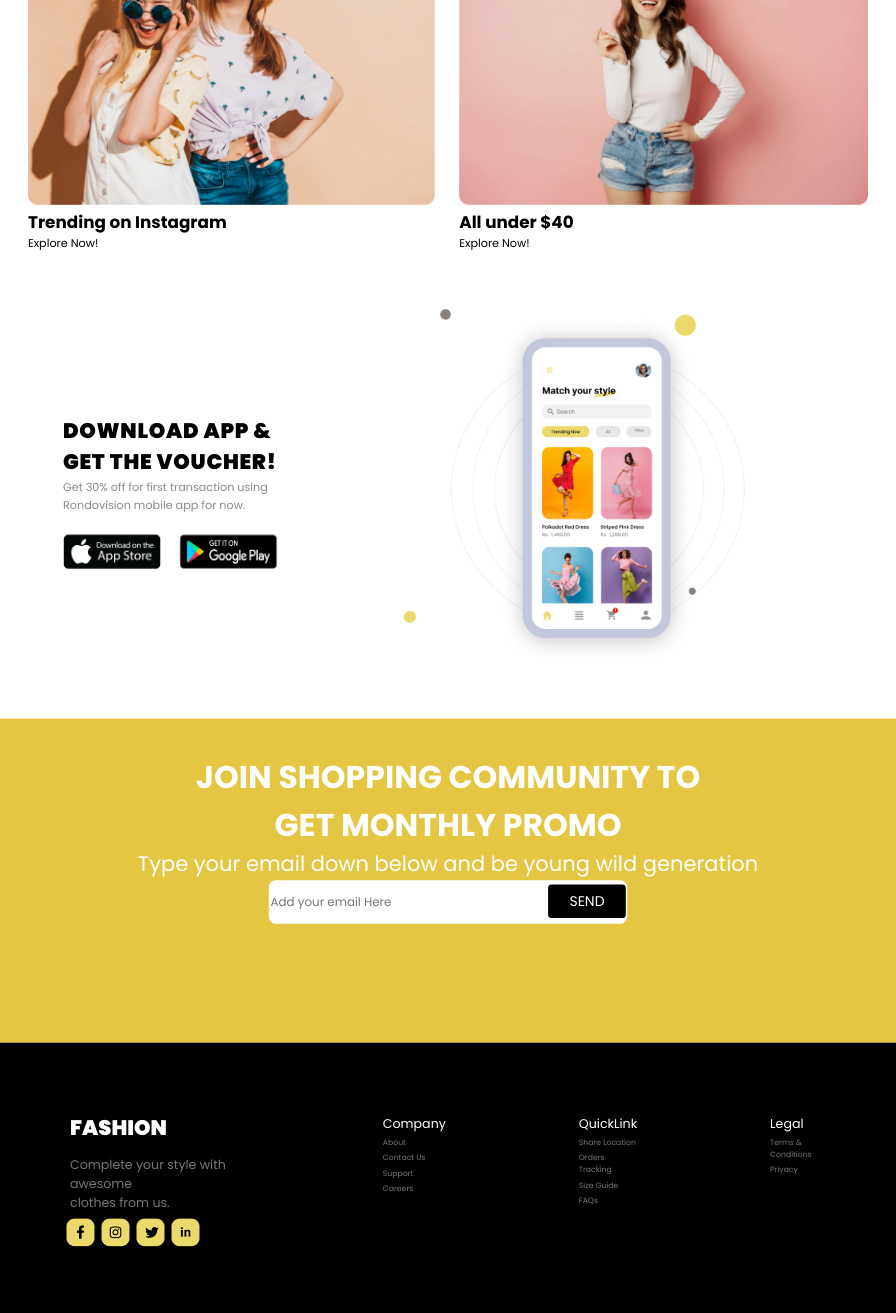
Repository: isaacCodes1/FashionWebsite
Page: index.html
An editor plug-in stored every save of this project. The page is shown before and after a run of saves, followed by the edit.
The browser window is 1280 px wide. The pictures show the part of the page from y = 2542 to 4462 px (the page is 4417 px tall before and 4462 px after), at 70% of full size.

Above is the page before, as saved 2024-03-14 11:21:29.

### index.html
<!DOCTYPE html>
<html lang="en">
  <head>
    <meta charset="UTF-8" />
    <meta name="viewport" content="width=device-width, initial-scale=1.0" />
    <title>Shopping Site Assignment</title>
    <link rel="stylesheet" href="style.css" />
  </head>
  <body>
    <header>
      <nav>
        <!--------- NavItems ------->
        <div class="image">
          <a href="#"><img src="/Assets/Vector (3).png" />FASHION</a>
        </div>
        <div class="navItems">
          <ul>
            <li><a href="#">CATALOGUE</a></li>
            <li><a href="#">FASHION</a></li>
            <li><a href="#">FAVORITE</a></li>
            <li><a href="#">LIFESTYLE</a></li>
          </ul>
          <button>SIGN UP</button>
        </div>
      </nav>
    </header>
    <main>
      <!------- FirstPage ------>
      <section class="firstPageCont">
        <div class="FirstPage">
          <div class="txtCont">
            <h1>
              <span class="spn1">LET'S <br /></span>EXPLORE <br />
              <span class="spn2">UNIQUE <br /></span>CLOTHES.
            </h1>
            <p>Live for Influential and Innovative fashion!</p>
            <div class="txtBtn">
              <img src="/Assets/Vector 9.png" alt="" />
              <button class="btns">Shop Now</button>
            </div>
          </div>
          <div class="imgCont">
            <div class="star1"><img src="/Assets/Star 11.png" alt="" /></div>
            <div class="star2"><img src="/Assets/Star 11.png" alt="" /></div>
            <div class="star3"><img src="/Assets/Star 11.png" alt="" /></div>
            <div class="star4"><img src="/Assets/Star 11.png" alt="" /></div>
            <img src="/Assets/girl.png" alt="" />
          </div>
        </div>
      </section>
      <!------ Logos ------->
      <section class="firstPageFooter">
        <div class="logoCont">
          <img src="/Assets/HM.png" alt="" />
          <img src="/Assets/Obey.png" alt="" />
          <img src="/Assets/Shopify.png" alt="" />
          <img src="/Assets/Lacoste.png" alt="" />
          <img src="/Assets/Levis.png" alt="" />
          <img src="/Assets/Amazon.png" alt="" />
        </div>
      </section>
      <section class="nextPageCont">
        <div class="nextPageText">
          <h1>NEW ARRIVALS</h1>
          <img src="/Assets/Vector 9.png" alt="" />
        </div>
        <div class="prettyImages">
          <div class="Images">
            <div class="prettyImg">
              <img src="/Assets/image1.png" alt="" />
            </div>
            <div class="prettyText">
              <div class="txtIcon">
                <h1>Hoodies & Sweatshirt</h1>
                <p>Explore Now!</p>
              </div>
              <div class="icons"></div>
            </div>
          </div>
          <div class="Images">
            <div class="prettyImg">
              <img src="/Assets/image2.png" alt="" />
            </div>
            <div class="prettyText">
              <div class="txtIcon">
                <h1>Coats & Parkas</h1>
                <p>Explore Now!</p>
              </div>
              <div class="icons"></div>
            </div>
          </div>
          <div class="Images">
            <div class="prettyImg">
              <img src="/Assets/image3.png" alt="" />
            </div>
            <div class="prettyText">
              <div class="txtIcon">
                <h1>Tees & T-Shirt</h1>
                <p>Explore Now!</p>
              </div>
              <div class="icons"></div>
            </div>
          </div>
        </div>
      </section>
      <section class="payDay">
        <div class="genDiv">
          <div class="yellowImg">
            <img src="/Assets/image 12.png" alt="" />
          </div>
          <div class="yellowTxt">
            <h1><span class="spn3">PAYDAY</span>SALE NOW</h1>
            <p>
              Spend minimal $100 get 30% off <br />voucher code for your next
              purchase
            </p>
            <p><strong>1 June -10 June 2021</strong></p>
            <p class="para">*Terms &Conditions apply</p>
            <button class="btn">SHOP NOW</button>
          </div>
        </div>
      </section>
      <!--------   Images   ------->
      <section class="nextPageCont">
        <div class="nextPageText">
          <h1>Young's Favorite.</h1>
          <img class="vector" src="/Assets/Vector 9.png" alt="" />
        </div>
        <div class="prettyImages">
          <div class="Images">
            <div class="prettyImg">
              <img src="/Assets/Girls.png" alt="" />
            </div>
            <div class="prettyText">
              <div class="txtIcon">
                <h1>Trending on Instagram</h1>
                <p>Explore Now!</p>
              </div>
              <div class="icons"></div>
            </div>
          </div>

          <div class="Images">
            <div class="prettyImg">
              <img src="/Assets/Rectangle 49.png" alt="" />
            </div>
            <div class="prettyText">
              <div class="txtIcon">
                <h1>All under $40</h1>
                <p>Explore Now!</p>
              </div>
              <div class="icons"></div>
            </div>
          </div>
        </div>
      </section>
      <!---- Apps----->
      <section class="nextPageCont2">
        <div class="nextPageText2">
          <h1>DOWNLOAD APP & <br />GET THE VOUCHER!</h1>
          <p>
            Get 30% off for first transaction using <br />Rondovision mobile app
            for now.
          </p>
          <div class="store">
            <a href="https://www.apple.com/store"
              ><img src="/Assets/Apple Store.png" alt=""
            /></a>
            <a href="https://play.google.com/store/games?hl=en&gl=US&pli=1"
              ><img src="/Assets/Google Play.png" alt=""
            /></a>
          </div>
        </div>
        <div class="Images2">
          <div class="prettyImg2">
            <img src="/Assets/Mobile app.png" alt="" />
            <div class="circle1"><img src="/Assets/circle.png" alt="" /></div>
            <div class="circley"><img src="/Assets/circle y.png" alt="" /></div>
            <div class="circleye">
              <img src="/Assets/circle y.png" alt="" />
            </div>
            <div class="circle2"><img src="/Assets/circle.png" alt="" /></div>
            <div class="bigC"><img src="/Assets/back1.png" alt="" /></div>
            <div class="largeC">
              <img src="/Assets/lagrescircle.png" alt="" />
            </div>
            <div class="largeC1">
              <img src="/Assets/lagrescircle.png" alt="" />
            </div>
          </div>
        </div>
        <div class="icons"></div>
      </section>
      <!------ Footer ------>
      <section class="footer">
        <div class="footerDiv">
          <div class="h1footer">
            <h1>
              JOIN SHOPPING COMMUNITY TO <br />
              GET MONTHLY PROMO
            </h1>
          </div>
          <div class="pFooter">
            <p>Type your email down below and be young wild generation</p>
            <div class="input">
              <input
                class="input"
                type="text"
                placeholder="Add your email Here"
              />
              <a href="damizickola@gmail.com">SEND</a>
            </div>
          </div>
        </div>
      </section>
      <section class="foot">
        <div class="footDiv">
          <div class="footTxt">
            <h1>FASHION</h1>
            <p>
              Complete your style with awesome <br />
              clothes from us.
            </p>
            <div class="socialIcons">
              <div class="icon">
               <a href=""> <img src="/Assets/Facebook.png" alt="" /></a>
              </div>
              <div class="icon">
                <img src="/Assets/Instagram.png" alt="" />
              </div>
              <div class="icon">
                <img src="/Assets/Twitter.png" alt="" />
              </div>
              <div class="icon">
                <img src="/Assets/Linkedn.png" alt="" />
              </div>
            </div>
          </div>

          <div class="socialIcons">
            <div class="links">
              <div class="links1">Company</div>
              <div class="links2">About</div>
              <div class="links2">Contact Us</div>
              <div class="links2">Support</div>
              <div class="links2">Careers</div>
            </div>
            <div class="links">
              <div class="links1">QuickLink</div>
              <div class="links2">Share Location</div>
              <div class="links2">Orders Tracking</div>
              <div class="links2">Size Guide</div>
              <div class="links2">FAQs</div>
            </div>
            <div class="links">
              <div class="links1">Legal</div>
              <div class="links2">Terms & Conditions</div>
              <div class="links2">Privacy</div>
            </div>
          </div>
        </div>
      </section>
    </main>
  </body>
</html>

### style.css
@import url("https://fonts.googleapis.com/css2?family=Poppins:ital,wght@0,100;0,200;0,300;0,400;0,500;0,600;0,700;0,800;0,900;1,100;1,200;1,300;1,400;1,500;1,600;1,700;1,800;1,900&display=swap");
* {
  margin: 0;
  padding: 0;
  box-sizing: border-box;
  font-family: "Poppins", sans-serif;
}
nav {
  display: flex;
  align-items: center;
  justify-content: space-between;
  width: 100%;
  padding: 20px 40px;
}
.image a {
  display: flex;
  align-items: center;
  gap: 6px;
  text-decoration: none;
  color: #000;
  font-size: 16px;
  font-weight: 900;
}
.image a img {
  width: 16%;
}
.navItems {
  display: flex;
  gap: 30px;
  align-items: center;
}
.navItems ul {
  display: flex;
  gap: 30px;
  list-style: none;
}
.navItems ul li a {
  text-decoration: none;
  color: #000;
  font-size: 16px;
  font-weight: 500;
}
.navItems ul li:hover {
  transform: scale(1.05);
  transition: 1s ease-in-out;
}
.navItems button {
  border: 0;
  background: #000;
  padding: 10px 20px;
  color: #fff;
  border-radius: 5px;
  font-size: 13px;
}
.navItems button:hover {
  transform: scale(1.05);
  transition: 1s ease-in-out;
  color: #000;
  background: rgb(137, 136, 136);
}
/* firstPageCtn */
.firstPageCont {
  padding: 20px 40px;
}
.FirstPage {
  display: flex;
  flex: 1;
  width: 100%;
  height: 90vh;
  padding: 40px 10px 0px 10px;
  border-radius: 30px;
  background: #f4f6f5;
}
.txtCont {
  display: flex;
  flex: 0.5;
  flex-direction: column;
  gap: 10px;
  padding-left: 40px;
}

.txtCont h1 {
  font-size: 64px;
  font-weight: 900;
  width: 50%;
  line-height: 75px;
}

.txtCont p {
  font-size: 20px;
}
.txtBtn {
  display: flex;
  align-items: center;
  width: 80%;
  margin-top: 10px;
  gap: 10px;
}
.btns {
  border: 0;
  background: #000;
  padding: 10px 20px;
  color: #fff;
  border-radius: 5px;
  font-size: 13px;
}
.btns:hover {
  transform: scale(1.05);
  transition: 1s ease-in-out;
  color: #000;
  background: rgb(137, 136, 136);
}
.txtBtn img {
  width: 100px;
}
.imgCont {
  flex: 0.5;
  display: flex;
  position: relative;
}
.star1 {
  position: absolute;
  top: 5px;
  left: 10px;
}
.star1 img {
  width: 30px;
}
.star2 {
  position: absolute;
  top: 20px;
  left: 450px;
}
.star2 img {
  width: 30px;
}
.star3 {
  position: absolute;
  bottom: 10px;
  left: 70px;
}
.star3 img {
  width: 30px;
}
.star4 {
  position: absolute;
  bottom: 20px;
  left: 400px;
}
.star4 img {
  width: 30px;
}
.spn1 {
  display: flex;
  align-items: center;
  background-image: url(/Assets/rectangle1.png);
  background-size: cover;
  background-repeat: no-repeat;
  width: 100%;
  padding-left: 20px;
}
.spn2 {
  background-image: url(/Assets/Rectangle2.png);
  background-size: cover;
  background-repeat: no-repeat;
  padding-right: 50px;
  padding-left: 20px;
}
/* next Page */
.firstPageFooter {
  background: #ebd96b;
  padding: 20px 30px;
  display: flex;
  align-items: center;
  justify-content: center;
}
.logoCont {
  display: flex;
  justify-content: center;
  gap: 50px;
}
.logoCont img {
  width: 7%;
}
.nextPageCont {
  margin-top: 20px;
  padding: 20px 40px;
  display: flex;
  flex-direction: column;
  gap: 55px;
  margin-bottom: 50px;
}
.nextPageText {
  position: relative;
}
.nextPageText h1 {
  font-size: 38px;
  letter-spacing: 1px;
  font-weight: 900;
}
.nextPageText img {
  position: absolute;
  bottom: 5px;
  left: 200px;
  width: 10%;
  z-index: -1;
}
.prettyImages {
  display: flex;
  gap: 35px;
}

.prettyImg img {
  width: 100%;
}
.payDay {
  background: linear-gradient(
    1.32deg,
    #e0c340 0.13%,
    #dfc23e 3.97%,
    #e1c441 7.2%,
    #e3c743 10.13%,
    #e4c542 12.98%,
    #e6c744 15.99%,
    #e7c845 19.52%,
    #e5c643 23.96%,
    #e6c945 30.43%,
    #e3c743 36.49%,
    #e9ca48 42.49%,
    #edce49 49.35%,
    #f0d44c 55.42%,
    #f4d84f 61.43%,
    #f6da52 65.74%,
    #f7db53 72.23%,
    #f9dd55 77.43%,
    #f9df56 83.84%,
    #fae157 91.52%,
    #f9df56 97.87%
  );
}
.yellowTxt {
  flex-direction: column;
  margin-bottom: 10px;
}
.yellowTxt h1 {
  font-size: 65px;
  font-weight: 900;
}
.yellowTxt p {
  font-size: 22px;
  font-weight: 500;
}

.yellowImg img {
  flex: 0.5;
  display: flex;
  width: 600px;
  position: relative;
}

.genDiv {
  display: flex;
  align-items: center;
}
.btn {
  border: 0;
  background: #000;
  padding: 15px 25px;
  color: #fff;
  border-radius: 5px;
  font-size: 18px;
  font-weight: 500;
}
.btn:hover {
  transform: scale(1.05);
  transition: 1s ease-in-out;
  color: #000;
  background: rgb(137, 136, 136);
}
.spn3 {
  display: flex;
  background-image: url(/Assets/rectangle1.png);
  background-size: cover;
  background-repeat: no-repeat;
  width: 300px;
}
.nxtSect {
  margin-top: 20px;
  padding: 20px 40px;
  display: flex;
  flex-direction: column;
  gap: 50px;
  margin-bottom: 50px;
}
.nxtSectText {
  position: relative;
}
.nxtSectText h1 {
  font-size: 38px;
  letter-spacing: 1px;
  font-weight: 900;
}
.nxtSectText img {
  position: absolute;
  bottom: 6px;
  left: 250px;
  width: 10%;
  z-index: -1;
}
.assetText {
  display: flex;
  flex-direction: column;
}

/* storeSection */
.nextPageCont1 {
  margin-top: 20px;
  padding: 20px 40px;
  display: flex;
  flex-direction: column;
  gap: 50px;
  margin-bottom: 50px;
}
.nextPageText1 {
  position: relative;
  margin-left: 70px;
}
.nextPageText1 h1 {
  font-size: 38px;
  letter-spacing: 1px;
  font-weight: 900;
}
.prettyImages1 {
  display: flex;
  gap: 35px;
}
.prettyImg1 img {
  width: 40%;
  cursor: pointer;
}
.Images2 {
  display: flex;
}
.prettyImg2 {
  position: relative;
}
.prettyImg2 img {
  width: 70;
  height: 500px;
  margin-left: 70px;
}
.nextPageCont2 {
  margin-top: 20px;
  padding: 20px 40px;
  display: flex;
  gap: 50px;
  margin-bottom: 50px;
  display: flex;
  justify-content: space-between;
  align-items: center;
}
.nextPageText2 {
  display: flex;
  flex-direction: column;
  margin-left: 50px;
}
.nextPageText2 p {
  margin-bottom: 30px;
  color: #898a89;
}
.nextPageText2 h1 {
  font-size: 30px;
  letter-spacing: 1px;
  font-weight: 900;
}
.nextPageText2 img {
  width: 30%;
  cursor: pointer;
  display: flex;
}
.store {
  display: flex;
  justify-content: space-between;

}
.store a img{
   width: 140px;
   gap: 50px;
}
.circle1 {
  position: absolute;
  right: 350px;
  bottom: 500px;
}
.circle1 img {
  width: 15px;
  height: 15px;
  display: flex;
}
.circley {
  position: absolute;
  right: 0;
  bottom: 470px;
}
.circley img {
  width: 30px;
  height: 30px;
}
.circleye {
  position: absolute;
  right: 400px;
  bottom: 60px;
}
.circleye img {
  width: 17px;
  height: 17px;
}
.circle2 {
  position: absolute;
  right: 0;
  bottom: 100px;
}
.circle2 img {
  width: 10px;
  height: 10px;
}
.elipses {
  position: absolute;
}
.bigC {
  position: absolute;
  right: -12px;
  bottom: 100px;
  z-index: -1;
}
.bigC img {
  width: 300px;
  height: 300px;
  background: transparent;
}

.largeC {
  position: absolute;
  right: -41px;
  bottom: 70px;
  z-index: -1;
}
.largeC img {
  width: 360px;
  height: 360px;
  /* background: transparent; */
}
.largeC1 {
  position: absolute;
  right: -70px;
  bottom: 50px;
  z-index: -1;
}
.largeC1 img {
  width: 420px;
  height: 400px;
}
.footerDiv {
  background: #e5c643;
  padding-bottom: 170px;
}
.h1footer {
  color: #fff;
  text-align: center;
  padding-top: 50px;
  font-size: 30px;
  font-weight: 1000;
}
.pFooter {
  display: flex;
  flex-direction: column;
  justify-content: center;
  align-items: center;
  text-align: center;
  color: #fff;
  font-size: 30px;
}

.input {
  background: #fff;
  width: 40%;
  padding: 5px 0px;
  border-radius: 10px;
}
.input input {
  background: none;
  border: 0;
  padding: 13px 0px 13px 0px;
  width: 76%;
  font-size: 17px;
  outline: 0;
}
.input a {
  font-size: 20px;
  text-decoration: 0;
  color: #fff;
  background: #000;
  padding: 10px 30px;
  border-radius: 5px;
}
.input a:hover{
  transform: scale(1.05);
  transition: 1s ease-in-out;
  color: #000;
  background: rgb(137, 136, 136);
}

.footDiv {
  display: flex;
  background: #000;

  place-items: center;
  padding: 100px;
}

.footTxt {
  display: flex;
  flex-direction: column;
  gap: 15px;
}
.footTxt h1 {
  color: #fff;
  font-size: 30px;
  font-weight: 900;
}
.footTxt p {
  color: #777;
  font-size: 18px;
}
.socialIcons {
  display: flex;
  gap: 20px;
}

.icon {
  background: #ebd96b;
  width: 30px;
  display: flex;
  align-items: center;
  justify-content: center;
  height: 30px;
  border-radius: 8px;
}
.icon img {
  display: flex;
  align-items: center;
  width: 40px;
  place-items: center;
}
.links {
  margin-left: 150px;
  padding-right: 20px;
  margin-bottom: 50px;
}
.links1 {
  display: flex;
  flex-direction: column;
  color: #fff;
  font-size: 18px;
  margin-top: 0px;
}
.links2 {
  color: #777;
  font-size: 11px;
  padding-top: 5px;
}

After the next 2 saves:
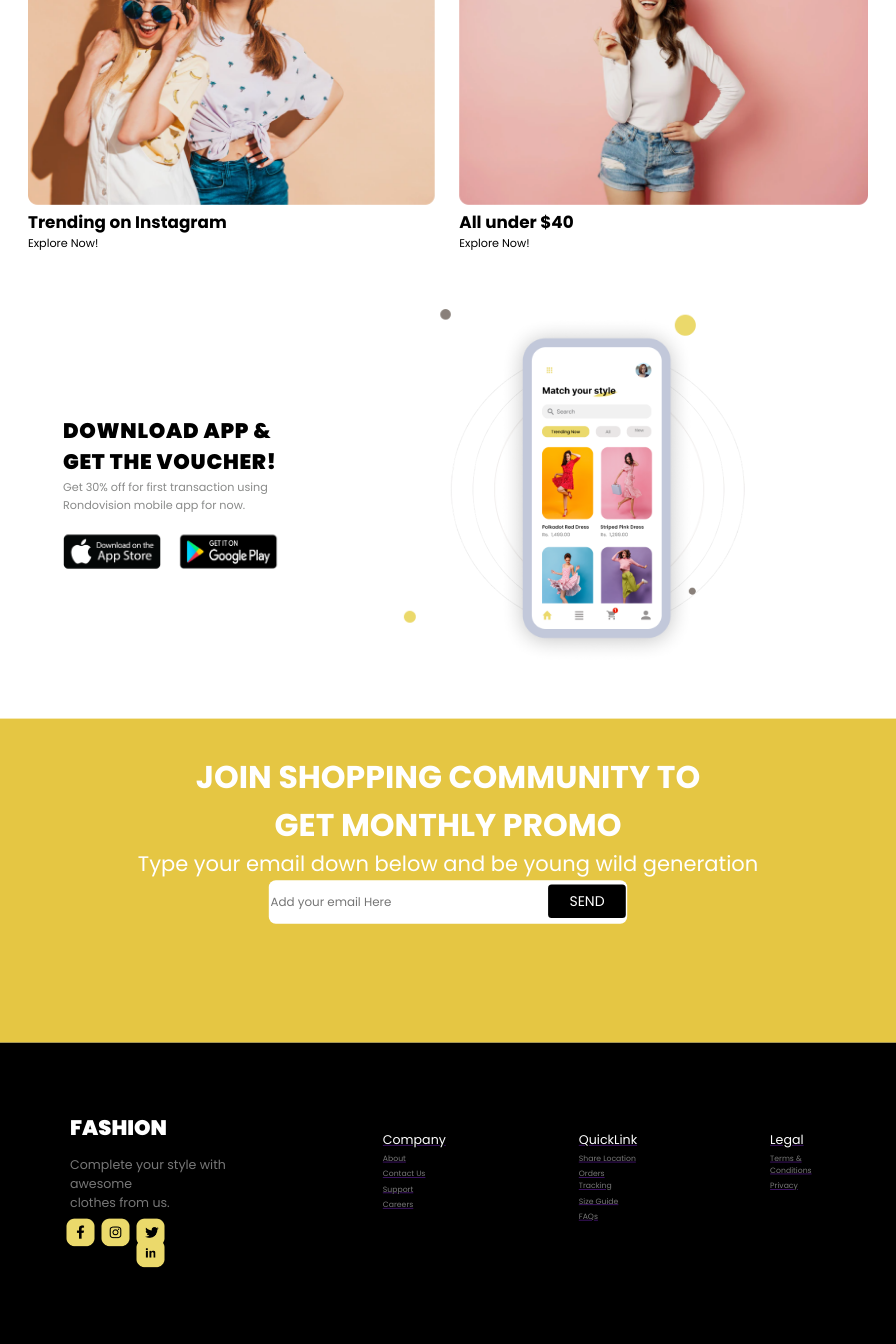
The 2 saves are shown as one change because they came seconds apart.
The last was saved 10 s later.
--- a/index.html
+++ b/index.html
@@ -226,7 +226,7 @@
                <a href=""> <img src="/Assets/Facebook.png" alt="" /></a>
               </div>
               <div class="icon">
-                <img src="/Assets/Instagram.png" alt="" />
+                <a href=""><img src="/Assets/Instagram.png" alt="" />
               </div>
               <div class="icon">
                 <img src="/Assets/Twitter.png" alt="" />

After the 2 saves that followed:
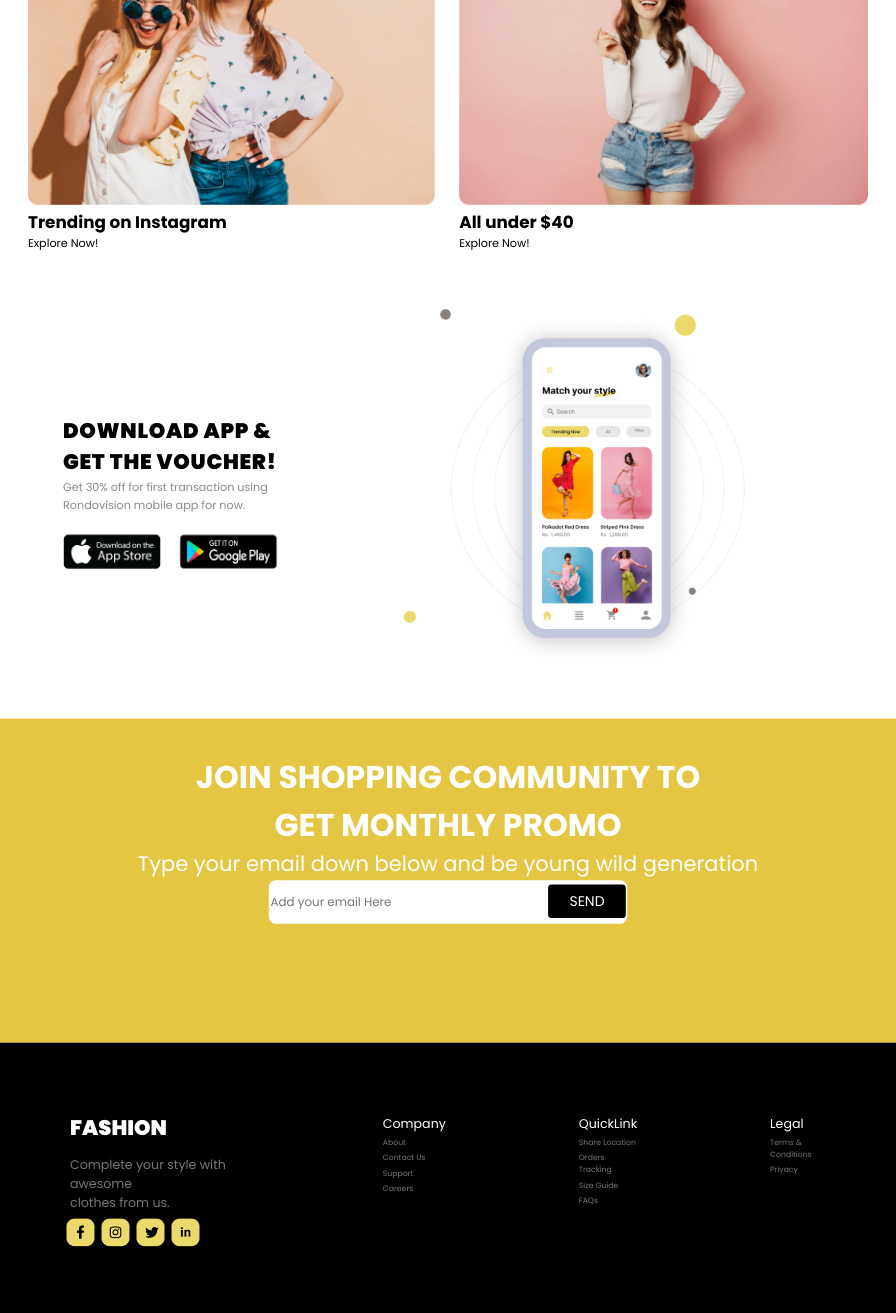
The 2 saves are shown as one change because they came seconds apart.
The last was saved 7 s later.
--- a/index.html
+++ b/index.html
@@ -226,10 +226,10 @@
                <a href=""> <img src="/Assets/Facebook.png" alt="" /></a>
               </div>
               <div class="icon">
-                <a href=""><img src="/Assets/Instagram.png" alt="" />
-              </div>
-              <div class="icon">
-                <img src="/Assets/Twitter.png" alt="" />
+                <a href=""><img src="/Assets/Instagram.png" alt="" /></a>
+              </div>
+              <div class="icon">
+                <a href=""></a><img src="/Assets/Twitter.png" alt="" />
               </div>
               <div class="icon">
                 <img src="/Assets/Linkedn.png" alt="" />
